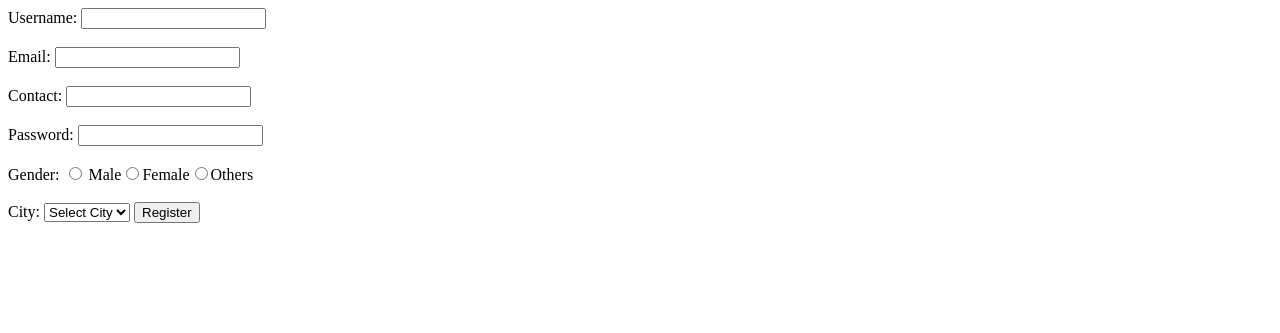
Repository: MD-1107/ISS_Assignment
Page: http://localhost/DemoRegisterLogin/Register
An editor plug-in stored every save of this project. The page is shown before and after the next save, followed by the edit.
The browser window is 1280 px wide. The pictures show the whole page.
The page is served by Tomcat 9.

Above is the page before, as saved 2024-01-03 10:58:23.

After the next save:
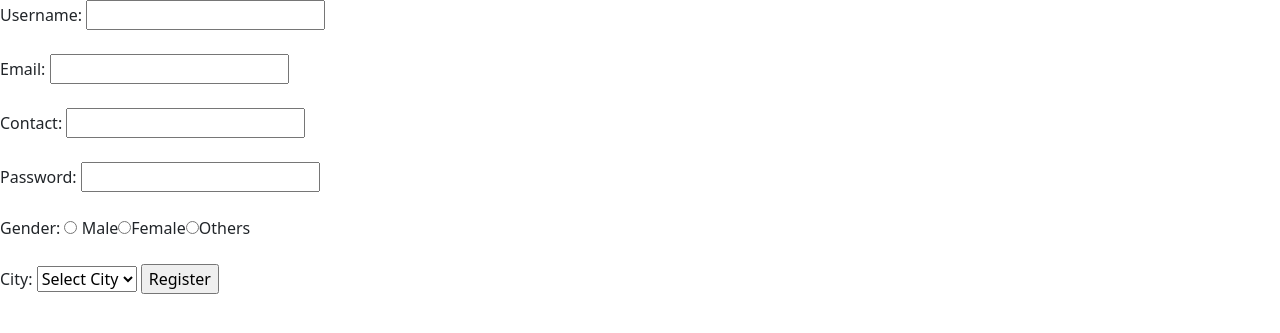
Saved 2 min 26 s later.
--- a/INTEGRATING CLIENT SIDE PROGRAMMING/DemoRegisterLogin/src/main/webapp/register.jsp
+++ b/INTEGRATING CLIENT SIDE PROGRAMMING/DemoRegisterLogin/src/main/webapp/register.jsp
@@ -6,6 +6,8 @@
 <meta charset="UTF-8">
 <title>Insert title here</title>
  <script defer src="script.js"></script>
+ <link href="https://cdn.jsdelivr.net/npm/bootstrap@5.3.2/dist/css/bootstrap.min.css" rel="stylesheet" integrity="sha384-T3c6CoIi6uLrA9TneNEoa7RxnatzjcDSCmG1MXxSR1GAsXEV/Dwwykc2MPK8M2HN" crossorigin="anonymous">
+
 </head>
 <body>
 <form name="registerForm" action="Register" method="post">
